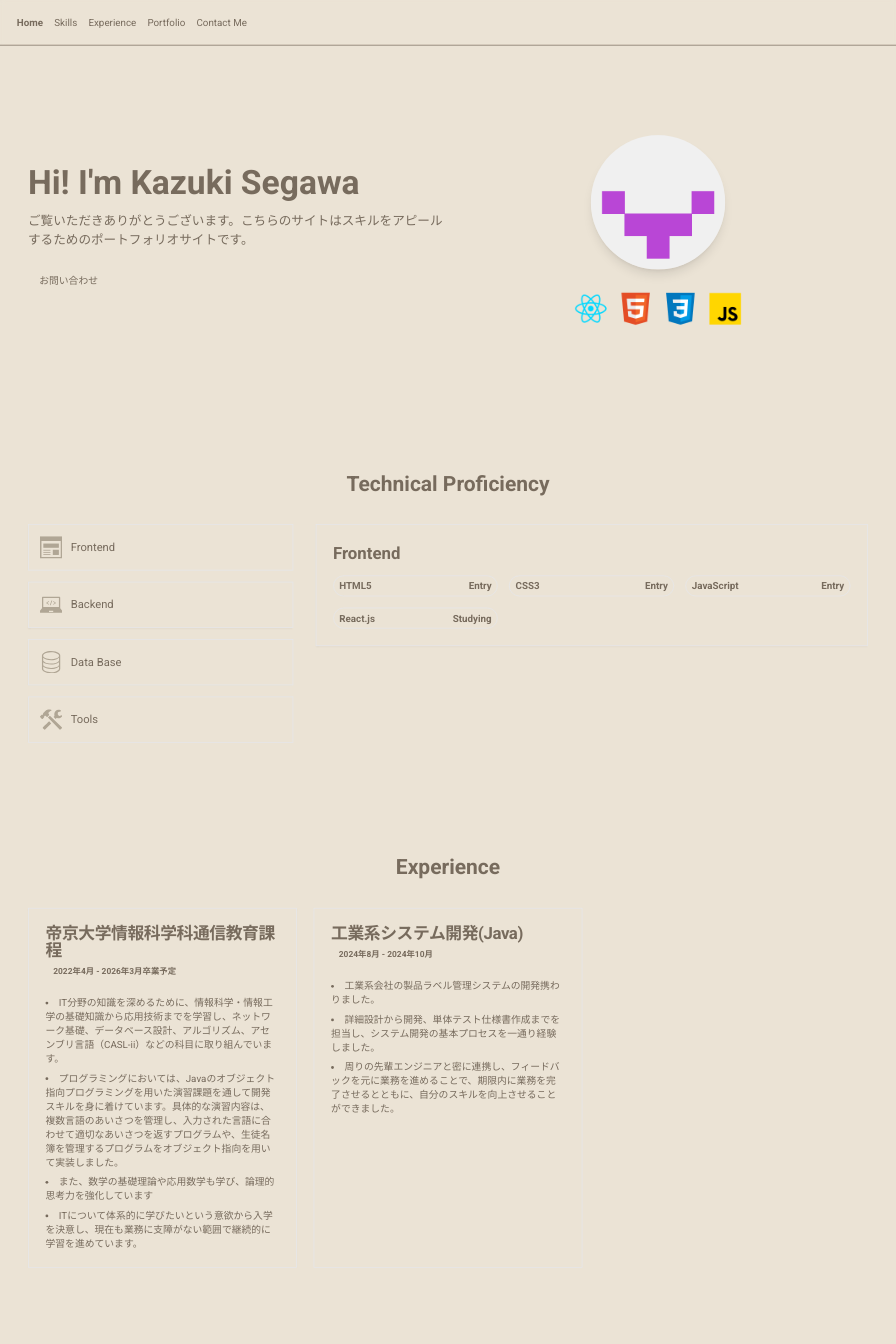
Repository: segawa74/SegawaSite
Page: /
These files come from the project's save history. The page is drawn as it stood at one moment and after the next save; the edit follows.
The browser window is 1280 px wide. The pictures show the part of the page from y = 0 to 1920 px (the page is 2859 px tall), at 70% of full size.
The project was rebuilt for these pictures with package versions that can differ from the ones it lists, and the page was loaded fresh each time. Also part of the build but not shown: vite.config.ts.

Above is the page before, as saved 2024-10-24 09:59:02.

### index.html
<!DOCTYPE html>
<html lang="en">
  <head>
    <meta charset="UTF-8" />
    <link rel="icon" type="image/svg+xml" href="/vite.svg" />
    <link
      href="https://fonts.googleapis.com/css2?family=Roboto:wght@400;700&family=Noto+Sans+JP:wght@400;700&display=swap"
      rel="stylesheet"
    />

    <meta name="viewport" content="width=device-width, initial-scale=1.0" />
    <title>Segawa Site</title>
  </head>
  <body>
    <div id="root"></div>
    <script type="module" src="/src/main.tsx"></script>
  </body>
</html>

### src/main.tsx
import { StrictMode } from "react";
import { createRoot } from "react-dom/client";
import App from "./App.js";
import "./index.css";
import "slick-carousel/slick/slick.css";
import "slick-carousel/slick/slick-theme.css";

const rootElement = document.getElementById("root");

if (rootElement) {
  createRoot(rootElement).render(
    <StrictMode>
      <App />
    </StrictMode>
  );
} else {
  console.error("Root element not found");
}

### src/App.tsx
import "./App.css";
import Hero from "./components/Hero/Hero";
import Navbar from "./components/Navbar/Navbar";
import Skills from "./components/Skills/Skills";
import Experience from "./components/Experience/Experience";
import Portfolio from "./components/Portfolio/Portfolio";
import ContactMe from "./components/ContactMe/ContactMe";
import Footer from "./components/Footer/Footer";

function App() {
  return (
    <>
      <Navbar />
      <div className="container">
        <Hero />
        <Skills />
        <Experience />
        <Portfolio />
        <ContactMe />
      </div>
      <Footer />
    </>
  );
}

export default App;

### src/index.css
@import url("https://fonts.googleapis.com/css2?family=Material+Symbols+Outlined");

@tailwind base;
@tailwind components;
@tailwind utilities;

* {
  font-family: Roboto, 'Noto Sans JP', sans-serif;
  margin: 0;
  box-sizing: border-box;
}

body {

  color: #776B5D;
  background-color: #EBE3D5;
}

### src/App.css
.container {
  max-width: 1300px !important;
  margin: 0 auto;
  position: relative;
}

@media (max-width: 1300px) {
  .container {
    padding: 0 1.5rem;
  }
}

@media (max-width: 1380px) {
  .container {
    padding: 0 1.5rem;
  }
}

### src/components/Hero/Hero.tsx
import { Button } from "@/components/ui/button";
import { motion } from "framer-motion";

const techIcons = [
  { src: "/assets/images/img01.png", alt: "Technology 1" },
  { src: "/assets/images/img02.png", alt: "Technology 2" },
  { src: "/assets/images/img03.png", alt: "Technology 3" },
  { src: "/assets/images/img04.png", alt: "Technology 4" },
];

const Hero: React.FC = () => {
  return (
    <section id="hero" className="py-20 md:py-32 bg-background">
      <div className="container mx-auto px-4 flex flex-col md:flex-row items-center justify-between">
        <motion.div
          initial={{ opacity: 0, y: 20 }}
          animate={{ opacity: 1, y: 0 }}
          transition={{ duration: 0.5 }}
          className="md:w-1/2 mb-10 md:mb-0"
        >
          <h1 className="text-4xl md:text-5xl font-bold mb-4 text-foreground">
            Hi! I&apos;m Kazuki Segawa
          </h1>
          <p className="text-lg mb-6 text-muted-foreground">
            ご覧いただきありがとうございます。こちらのサイトはスキルをアピールするためのポートフォリオサイトです。
          </p>
          <Button asChild>
            <a href="#contact">お問い合わせ</a>
          </Button>
        </motion.div>

        <motion.div
          initial={{ opacity: 0, scale: 0.9 }}
          animate={{ opacity: 1, scale: 1 }}
          transition={{ duration: 0.5 }}
          className="md:w-1/2 flex flex-col items-center"
        >
          <div className="relative mb-8">
            <img
              src="/assets/images/identicon.png"
              alt="Kazuki Segawa"
              className="w-48 h-48 rounded-full shadow-lg"
            />
          </div>
          <div className="grid grid-cols-4 gap-4">
            {techIcons.map((icon, index) => (
              <motion.div
                key={index}
                initial={{ opacity: 0, y: 20 }}
                animate={{ opacity: 1, y: 0 }}
                transition={{ duration: 0.5, delay: index * 0.1 }}
              >
                <img
                  src={icon.src}
                  alt={icon.alt}
                  className="w-12 h-12 object-contain"
                />
              </motion.div>
            ))}
          </div>
        </motion.div>
      </div>
    </section>
  );
};

export default Hero;

### src/components/Navbar/Navbar.tsx
"use client";

import * as React from "react";
import { Link } from "react-scroll";
import { Menu } from "lucide-react";
import { Button } from "@/components/ui/button";
import { Sheet, SheetContent, SheetTrigger } from "@/components/ui/sheet";
import { cn } from "@/lib/utils";

const menuItems = [
  { name: "Home", to: "hero", offset: -80 },
  { name: "Skills", to: "skills", offset: -120 },
  { name: "Experience", to: "exp", offset: -100 },
  { name: "Portfolio", to: "pf", offset: -100 },
  { name: "Contact Me", to: "contact-me", offset: -100 },
];

export function NavBar() {
  const [activeSection, setActiveSection] = React.useState("");

  const handleSetActive = (to: string) => {
    setActiveSection(to);
  };

  return (
    <nav className="sticky top-0 z-30 w-full backdrop-blur-sm bg-background/80 border-b border-border">
      <div className="container flex h-16 items-center justify-between">
        <div className="flex items-center space-x-4">
          {menuItems.map((item) => (
            <Link
              key={item.to}
              activeClass="text-primary font-semibold"
              to={item.to}
              spy={true}
              smooth={true}
              offset={item.offset}
              onSetActive={() => handleSetActive(item.to)}
              className={cn(
                "text-sm font-medium transition-colors hover:text-primary",
                activeSection === item.to
                  ? "text-primary font-semibold"
                  : "text-muted-foreground"
              )}
            >
              {item.name}
            </Link>
          ))}
        </div>
        <Sheet>
          <SheetTrigger asChild>
            <Button variant="outline" size="icon" className="md:hidden">
              <Menu className="h-5 w-5" />
              <span className="sr-only">Toggle menu</span>
            </Button>
          </SheetTrigger>
          <SheetContent side="right">
            <MobileNav />
          </SheetContent>
        </Sheet>
      </div>
    </nav>
  );
}

function MobileNav() {
  return (
    <div className="flex flex-col space-y-4 mt-4">
      {menuItems.map((item) => (
        <Link
          key={item.to}
          to={item.to}
          spy={true}
          smooth={true}
          offset={item.offset}
          className="text-sm font-medium transition-colors hover:text-primary"
        >
          {item.name}
        </Link>
      ))}
    </div>
  );
}

export default NavBar;

### src/components/Experience/Experience.tsx
import { EXPERIENCE } from "../../utils/data";
import { Card, CardContent, CardHeader, CardTitle } from "@/components/ui/card";
import { Badge } from "@/components/ui/badge";

interface ExperienceDetails {
  title: string;
  date: string;
  responsibilities: string[];
}

const Experience: React.FC = () => {
  return (
    <section id="exp" className="py-20 bg-muted">
      <div className="container mx-auto px-4">
        <h2 className="text-3xl font-bold text-center mb-10">Experience</h2>
        <div className="grid gap-6 md:grid-cols-2 lg:grid-cols-3">
          {EXPERIENCE.map((item, index) => (
            <ExperienceCard key={index} details={item} />
          ))}
        </div>
      </div>
    </section>
  );
};

function ExperienceCard({ details }: { details: ExperienceDetails }) {
  return (
    <Card className="h-full">
      <CardHeader>
        <CardTitle>{details.title}</CardTitle>
        <Badge variant="secondary" className="w-fit">
          {details.date}
        </Badge>
      </CardHeader>
      <CardContent>
        <ul className="list-disc list-inside space-y-2">
          {details.responsibilities.map((item, index) => (
            <li key={index} className="text-sm text-muted-foreground">
              {item}
            </li>
          ))}
        </ul>
      </CardContent>
    </Card>
  );
}
export default Experience;

### src/components/Portfolio/Portfolio.tsx
import * as React from "react";
import {
  Card,
  CardContent,
  CardFooter,
  CardHeader,
  CardTitle,
} from "@/components/ui/card";
import { Button } from "@/components/ui/button";
import { ChevronLeft, ChevronRight } from "lucide-react";
import useEmblaCarousel from "embla-carousel-react";
import { PORTFOLIO } from "../../utils/data";

interface PortfolioItem {
  title: string;
  link: string;
  img: string;
  comment?: string;
}

const Portfolio = () => {
  const [emblaRef, emblaApi] = useEmblaCarousel({ loop: false });

  const scrollPrev = React.useCallback(() => {
    if (emblaApi) emblaApi.scrollPrev();
  }, [emblaApi]);

  const scrollNext = React.useCallback(() => {
    if (emblaApi) emblaApi.scrollNext();
  }, [emblaApi]);

  return (
    <section id="pf" className="py-20 bg-background">
      <div className="container mx-auto px-4">
        <h2 className="text-3xl font-bold text-center mb-10">Portfolio</h2>
        <div className="relative">
          <div className="overflow-hidden" ref={emblaRef}>
            <div className="flex">
              {PORTFOLIO.map((item, index) => (
                <div
                  key={index}
                  className="flex-[0_0_100%] min-w-0 pl-4 md:flex-[0_0_50%]"
                >
                  <PortfolioCard details={item} />
                </div>
              ))}
            </div>
          </div>
          <Button
            variant="outline"
            size="icon"
            className="absolute top-1/2 left-4 -translate-y-1/2"
            onClick={scrollPrev}
          >
            <ChevronLeft className="h-4 w-4" />
          </Button>
          <Button
            variant="outline"
            size="icon"
            className="absolute top-1/2 right-4 -translate-y-1/2"
            onClick={scrollNext}
          >
            <ChevronRight className="h-4 w-4" />
          </Button>
        </div>
      </div>
    </section>
  );
};

function PortfolioCard({ details }: { details: PortfolioItem }) {
  return (
    <Card className="h-full">
      <CardHeader>
        <CardTitle>{details.title}</CardTitle>
      </CardHeader>
      <CardContent>
        <img
          src={details.img}
          alt={details.title}
          className="w-full h-48 object-cover rounded-md"
        />
        {details.comment && (
          <p className="mt-4 text-sm text-muted-foreground">
            {details.comment}
          </p>
        )}
      </CardContent>
      <CardFooter>
        <Button asChild>
          <a href={details.link} target="_blank" rel="noopener noreferrer">
            View Project
          </a>
        </Button>
      </CardFooter>
    </Card>
  );
}
export default Portfolio;

### src/components/ContactMe/ContactMe.tsx
import React from "react";
import { Card, CardContent } from "@/components/ui/card";
import { Mail, Github } from "lucide-react";

const ContactMe: React.FC = () => {
  return (
    <section id="contact-me" className="py-20 bg-muted">
      <div className="container mx-auto px-4">
        <h2 className="text-3xl font-bold text-center mb-10">Contact Me</h2>
        <div className="grid gap-6 md:grid-cols-2 max-w-2xl mx-auto">
          <ContactInfoCard
            icon={<Mail className="w-6 h-6" />}
            text="segawa74dev@gmail.com"
            href="mailto:segawa74dev@gmail.com"
          />
          <ContactInfoCard
            icon={<Github className="w-6 h-6" />}
            text="github.com/segawa74"
            href="https://github.com/segawa74"
          />
        </div>
      </div>
    </section>
  );
};

interface ContactInfoCardProps {
  icon: React.ReactNode;
  text: string;
  href: string;
}

function ContactInfoCard({ icon, text, href }: ContactInfoCardProps) {
  return (
    <Card>
      <CardContent className="flex items-center p-6">
        <div className="mr-4 text-primary">{icon}</div>
        <a
          href={href}
          target="_blank"
          rel="noopener noreferrer"
          className="text-sm hover:underline"
        >
          {text}
        </a>
      </CardContent>
    </Card>
  );
}

export default ContactMe;

### src/components/Footer/Footer.tsx
import "./Footer.css";

const Footer: React.FC = () => {
  return <div className="footer"></div>;
};

export default Footer;

### src/components/ui/button.tsx
import * as React from "react"
import { Slot } from "@radix-ui/react-slot"
import { cva, type VariantProps } from "class-variance-authority"

import { cn } from "@/lib/utils"

const buttonVariants = cva(
  "inline-flex items-center justify-center gap-2 whitespace-nowrap rounded-md text-sm font-medium ring-offset-background transition-colors focus-visible:outline-none focus-visible:ring-2 focus-visible:ring-ring focus-visible:ring-offset-2 disabled:pointer-events-none disabled:opacity-50 [&_svg]:pointer-events-none [&_svg]:size-4 [&_svg]:shrink-0",
  {
    variants: {
      variant: {
        default: "bg-primary text-primary-foreground hover:bg-primary/90",
        destructive:
          "bg-destructive text-destructive-foreground hover:bg-destructive/90",
        outline:
          "border border-input bg-background hover:bg-accent hover:text-accent-foreground",
        secondary:
          "bg-secondary text-secondary-foreground hover:bg-secondary/80",
        ghost: "hover:bg-accent hover:text-accent-foreground",
        link: "text-primary underline-offset-4 hover:underline",
      },
      size: {
        default: "h-10 px-4 py-2",
        sm: "h-9 rounded-md px-3",
        lg: "h-11 rounded-md px-8",
        icon: "h-10 w-10",
      },
    },
    defaultVariants: {
      variant: "default",
      size: "default",
    },
  }
)

export interface ButtonProps
  extends React.ButtonHTMLAttributes<HTMLButtonElement>,
    VariantProps<typeof buttonVariants> {
  asChild?: boolean
}

const Button = React.forwardRef<HTMLButtonElement, ButtonProps>(
  ({ className, variant, size, asChild = false, ...props }, ref) => {
    const Comp = asChild ? Slot : "button"
    return (
      <Comp
        className={cn(buttonVariants({ variant, size, className }))}
        ref={ref}
        {...props}
      />
    )
  }
)
Button.displayName = "Button"

export { Button, buttonVariants }

### src/components/ui/card.tsx
import * as React from "react"

import { cn } from "@/lib/utils"

const Card = React.forwardRef<
  HTMLDivElement,
  React.HTMLAttributes<HTMLDivElement>
>(({ className, ...props }, ref) => (
  <div
    ref={ref}
    className={cn(
      "rounded-lg border bg-card text-card-foreground shadow-sm",
      className
    )}
    {...props}
  />
))
Card.displayName = "Card"

const CardHeader = React.forwardRef<
  HTMLDivElement,
  React.HTMLAttributes<HTMLDivElement>
>(({ className, ...props }, ref) => (
  <div
    ref={ref}
    className={cn("flex flex-col space-y-1.5 p-6", className)}
    {...props}
  />
))
CardHeader.displayName = "CardHeader"

const CardTitle = React.forwardRef<
  HTMLParagraphElement,
  React.HTMLAttributes<HTMLHeadingElement>
>(({ className, ...props }, ref) => (
  <h3
    ref={ref}
    className={cn(
      "text-2xl font-semibold leading-none tracking-tight",
      className
    )}
    {...props}
  />
))
CardTitle.displayName = "CardTitle"

const CardDescription = React.forwardRef<
  HTMLParagraphElement,
  React.HTMLAttributes<HTMLParagraphElement>
>(({ className, ...props }, ref) => (
  <p
    ref={ref}
    className={cn("text-sm text-muted-foreground", className)}
    {...props}
  />
))
CardDescription.displayName = "CardDescription"

const CardContent = React.forwardRef<
  HTMLDivElement,
  React.HTMLAttributes<HTMLDivElement>
>(({ className, ...props }, ref) => (
  <div ref={ref} className={cn("p-6 pt-0", className)} {...props} />
))
CardContent.displayName = "CardContent"

const CardFooter = React.forwardRef<
  HTMLDivElement,
  React.HTMLAttributes<HTMLDivElement>
>(({ className, ...props }, ref) => (
  <div
    ref={ref}
    className={cn("flex items-center p-6 pt-0", className)}
    {...props}
  />
))
CardFooter.displayName = "CardFooter"

export { Card, CardHeader, CardFooter, CardTitle, CardDescription, CardContent }

### src/components/ui/badge.tsx
import * as React from "react"
import { cva, type VariantProps } from "class-variance-authority"

import { cn } from "@/lib/utils"

const badgeVariants = cva(
  "inline-flex items-center rounded-full border px-2.5 py-0.5 text-xs font-semibold transition-colors focus:outline-none focus:ring-2 focus:ring-ring focus:ring-offset-2",
  {
    variants: {
      variant: {
        default:
          "border-transparent bg-primary text-primary-foreground hover:bg-primary/80",
        secondary:
          "border-transparent bg-secondary text-secondary-foreground hover:bg-secondary/80",
        destructive:
          "border-transparent bg-destructive text-destructive-foreground hover:bg-destructive/80",
        outline: "text-foreground",
      },
    },
    defaultVariants: {
      variant: "default",
    },
  }
)

export interface BadgeProps
  extends React.HTMLAttributes<HTMLDivElement>,
    VariantProps<typeof badgeVariants> {}

function Badge({ className, variant, ...props }: BadgeProps) {
  return (
    <div className={cn(badgeVariants({ variant }), className)} {...props} />
  )
}

export { Badge, badgeVariants }

### src/utils/data.ts
interface Skill {
  skill: string;
  skillLevel: string;
  percentage: string;
}

interface SkillSection {
  title: string;
  icon: string;
  skills: Skill[];
}

interface Experience {
  title: string;
  date: string;
  responsibilities: string[];
}

interface PortfolioItem {
  title: string;
  link: string;
  img: string;
  comment?: string;
}

export const SKILLS: SkillSection[] = [
  {
    title: "Frontend",
    icon: "./assets/images/frontend-icon.svg",
    skills: [
      { skill: "HTML5", skillLevel: "Entry", percentage: "40%" },
      { skill: "CSS3", skillLevel: "Entry", percentage: "40%" },
      { skill: "JavaScript", skillLevel: "Entry", percentage: "40%" },
      { skill: "React.js", skillLevel: "Studying", percentage: "20%" },
    ],
  },
  {
    title: "Backend",
    icon: "./assets/images/backend-icon.svg",
    skills: [
      { skill: "Node.js", skillLevel: "Studying", percentage: "20%" },
      { skill: "Express.js", skillLevel: "Studying", percentage: "20%" },
      { skill: "Java", skillLevel: "Entry", percentage: "40%" },
    ],
  },
  {
    title: "Data Base",
    icon: "./assets/images/database-icon.svg",
    skills: [
      { skill: "PostgreSQL", skillLevel: "Entry", percentage: "40%" },
      { skill: "MongoDB", skillLevel: "Entry", percentage: "40%" },
      { skill: "Oracle", skillLevel: "Entry", percentage: "40%" },
    ],
  },
  {
    title: "Tools",
    icon: "./assets/images/tools-icon.svg",
    skills: [
      { skill: "Git & GitHub", skillLevel: "Studying", percentage: "20%" },
      { skill: "Visual Studio Code", skillLevel: "Entry", percentage: "40%" },
      { skill: "Eclipse", skillLevel: "Entry", percentage: "40%" },
    ],
  },
];

export const EXPERIENCE: Experience[] = [
  {
    title: "帝京大学情報科学科通信教育課程",
    date: "2022年4月 - 2026年3月卒業予定",
    responsibilities: [
      "IT分野の知識を深めるために、情報科学・情報工学の基礎知識から応用技術までを学習し、ネットワーク基礎、データベース設計、アルゴリズム、アセンブリ言語（CASL-ii）などの科目に取り組んでいます。",
      "プログラミングにおいては、Javaのオブジェクト指向プログラミングを用いた演習課題を通して開発スキルを身に着けています。具体的な演習内容は、複数言語のあいさつを管理し、入力された言語に合わせて適切なあいさつを返すプログラムや、生徒名簿を管理するプログラムをオブジェクト指向を用いて実装しました。",
      "また、数学の基礎理論や応用数学も学び、論理的思考力を強化しています",
      "ITについて体系的に学びたいという意欲から入学を決意し、現在も業務に支障がない範囲で継続的に学習を進めています。",
    ],
  },
  {
    title: "工業系システム開発(Java)",
    date: "2024年8月 - 2024年10月",
    responsibilities: [
      "工業系会社の製品ラベル管理システムの開発携わりました。",
      "詳細設計から開発、単体テスト仕様書作成までを担当し、システム開発の基本プロセスを一通り経験しました。",
      "周りの先輩エンジニアと密に連携し、フィードバックを元に業務を進めることで、期限内に業務を完了させるとともに、自分のスキルを向上させることができました。",
    ],
  },
];

export const PORTFOLIO: PortfolioItem[] = [
  {
    title: "ポートフォリオサイト",
    link: "#",
    img: "./assets/images/site-01.png",
    comment: "Reactを使った自己紹介サイトです。",
  },
  {
    title: "時差グラフサイト",
    link: "#",
    img: "#",
    comment: "作成中です",
  },
];

### src/components/Footer/Footer.css
.footer {
    font-size: 0.8rem;
    text-align: center;
    background: #776B5D;
    padding: 1rem;
}

Loaded but not shown: src/lib/utils.ts (common file); tailwind.config.js (57 lines, source omitted); src/components/ui/sheet.tsx (138 lines, source omitted); src/components/Skills/Skills.tsx (101 lines, source omitted)

After the next save:
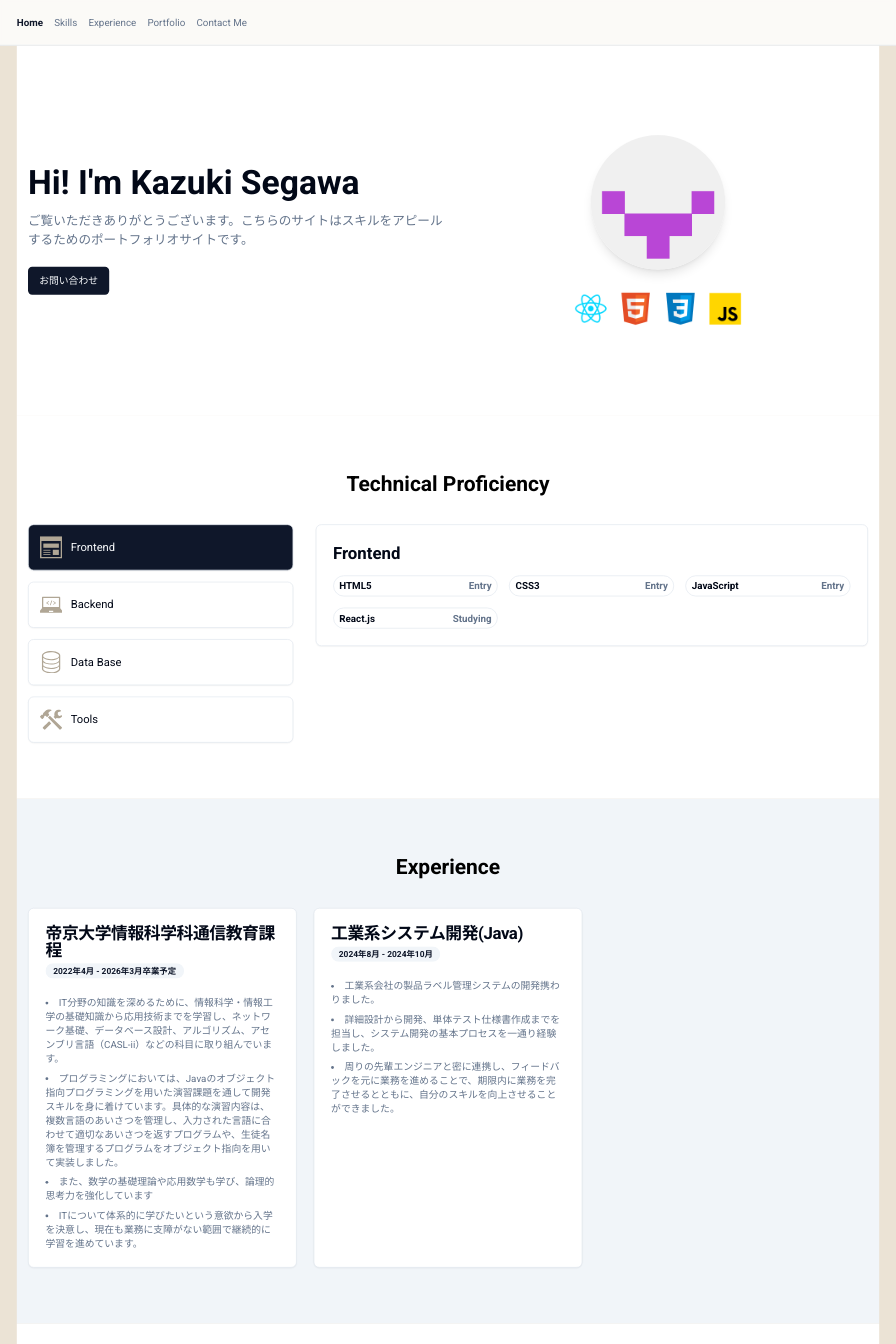
Saved 60 s later.
--- a/src/index.css
+++ b/src/index.css
@@ -12,6 +12,73 @@
 
 body {
 
-  color: #776B5D;
+  color: #000000;
   background-color: #EBE3D5;
 }
+
+@layer base {
+  :root {
+    --background: 0 0% 100%;
+    --foreground: 222.2 84% 4.9%;
+    --card: 0 0% 100%;
+    --card-foreground: 222.2 84% 4.9%;
+    --popover: 0 0% 100%;
+    --popover-foreground: 222.2 84% 4.9%;
+    --primary: 222.2 47.4% 11.2%;
+    --primary-foreground: 210 40% 98%;
+    --secondary: 210 40% 96.1%;
+    --secondary-foreground: 222.2 47.4% 11.2%;
+    --muted: 210 40% 96.1%;
+    --muted-foreground: 215.4 16.3% 46.9%;
+    --accent: 210 40% 96.1%;
+    --accent-foreground: 222.2 47.4% 11.2%;
+    --destructive: 0 84.2% 60.2%;
+    --destructive-foreground: 210 40% 98%;
+    --border: 214.3 31.8% 91.4%;
+    --input: 214.3 31.8% 91.4%;
+    --ring: 222.2 84% 4.9%;
+    --chart-1: 12 76% 61%;
+    --chart-2: 173 58% 39%;
+    --chart-3: 197 37% 24%;
+    --chart-4: 43 74% 66%;
+    --chart-5: 27 87% 67%;
+    --radius: 0.5rem;
+  }
+
+  .dark {
+    --background: 222.2 84% 4.9%;
+    --foreground: 210 40% 98%;
+    --card: 222.2 84% 4.9%;
+    --card-foreground: 210 40% 98%;
+    --popover: 222.2 84% 4.9%;
+    --popover-foreground: 210 40% 98%;
+    --primary: 210 40% 98%;
+    --primary-foreground: 222.2 47.4% 11.2%;
+    --secondary: 217.2 32.6% 17.5%;
+    --secondary-foreground: 210 40% 98%;
+    --muted: 217.2 32.6% 17.5%;
+    --muted-foreground: 215 20.2% 65.1%;
+    --accent: 217.2 32.6% 17.5%;
+    --accent-foreground: 210 40% 98%;
+    --destructive: 0 62.8% 30.6%;
+    --destructive-foreground: 210 40% 98%;
+    --border: 217.2 32.6% 17.5%;
+    --input: 217.2 32.6% 17.5%;
+    --ring: 212.7 26.8% 83.9%;
+    --chart-1: 220 70% 50%;
+    --chart-2: 160 60% 45%;
+    --chart-3: 30 80% 55%;
+    --chart-4: 280 65% 60%;
+    --chart-5: 340 75% 55%;
+  }
+}
+
+@layer base {
+  * {
+    @apply border-border;
+  }
+
+  body {
+    @apply bg-background text-foreground;
+  }
+}
